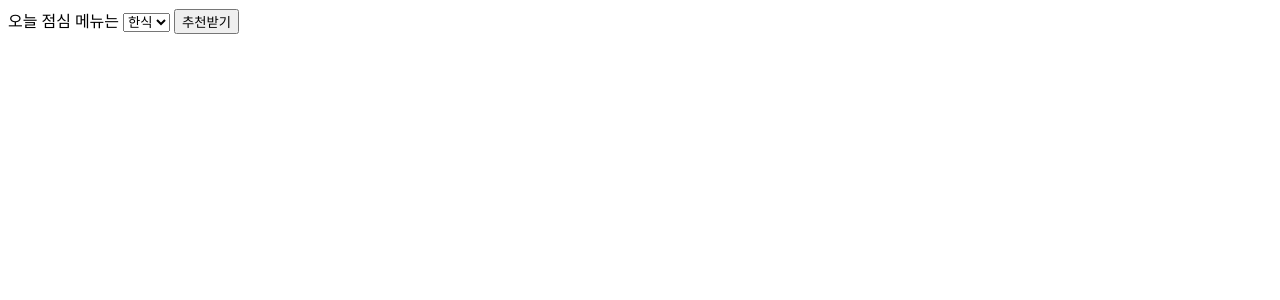
Repository: anhyunji494/JSP
Page: Servlet/src/main/webapp/ex04Lunch.html
The author's editor kept a copy of each file at every save. The page is drawn from the files as they stood at one save, then again after the next save.
The browser window is 1280 px wide. The pictures show the whole page.

Above is the page before, as saved 2024-02-26 03:31:13.

After the next save:
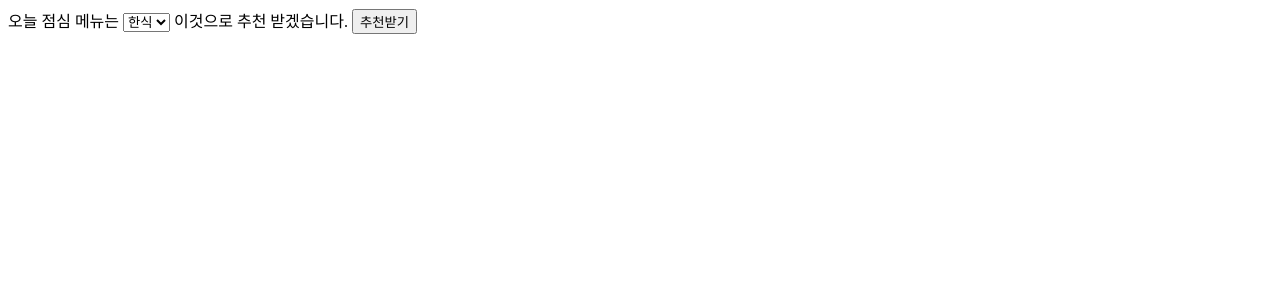
Saved 18 s later.
--- a/Servlet/src/main/webapp/ex04Lunch.html
+++ b/Servlet/src/main/webapp/ex04Lunch.html
@@ -6,13 +6,11 @@
 </head>
 <body>
 	<form action="Ex04Lunch">
-		오늘 점심 메뉴는
-		<select name="lunch">
+		오늘 점심 메뉴는 <select name="lunch">
 			<option>한식</option>
 			<option>중식</option>
 			<option>일식</option>
-		이것으로 추천 받겠습니다.
-		</select> <input type="submit" value="추천받기">
+		</select> 이것으로 추천 받겠습니다. <input type="submit" value="추천받기">
 	</form>
 </body>
 </html>
